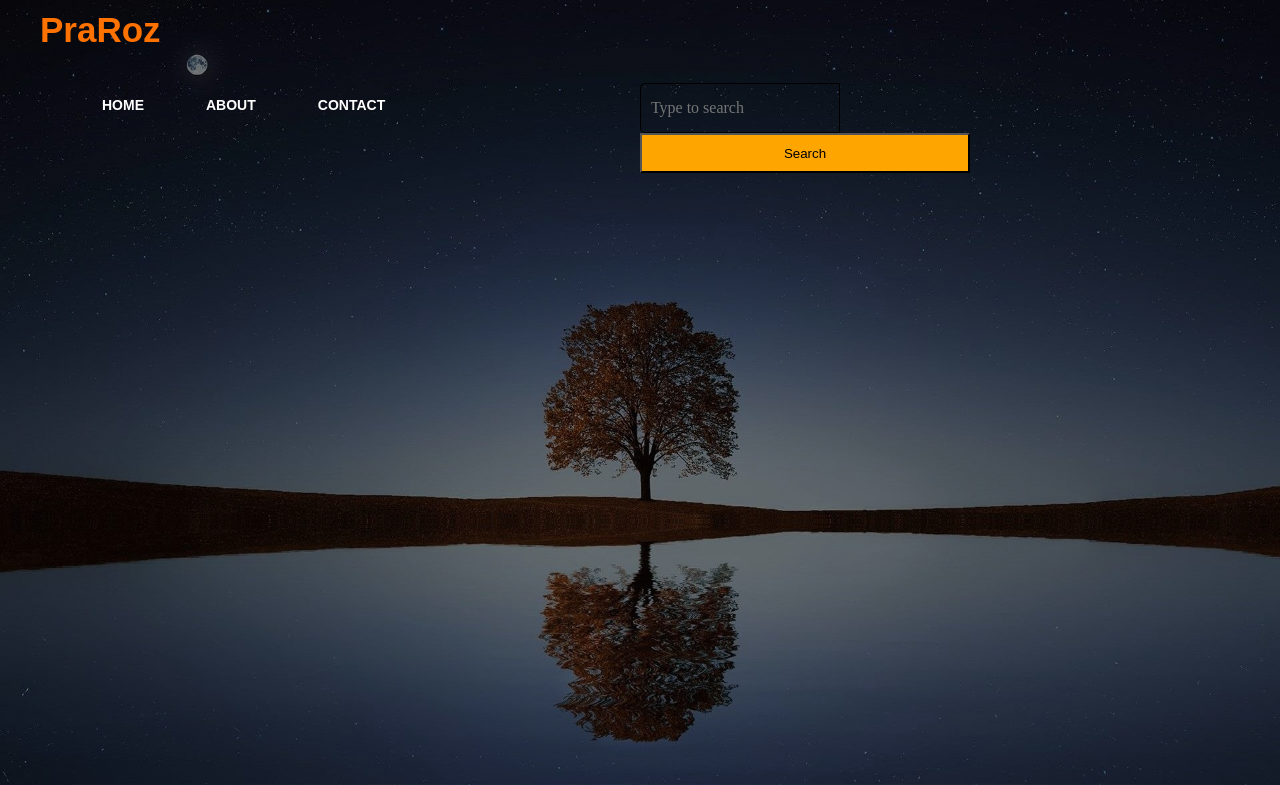
Repository: Cedrqmwesigwa/web-design-course
Page: index.html
These files come from the project's save history. The page is drawn as it stood at one moment and after a run of saves; the edit follows.
The browser window is 1280 px wide. The pictures show the whole page.

Above is the page before, as saved 2024-04-03 20:03:01.

### index.html
<!DOCTYPE html>
<html lang="en">
<head>
    <title>My Website</title>
    <link rel="stylesheet" href="style.css"/>
</head>
<body>
    <div class="main">
        <div class="navbar">
            <div class="icon">
                <h2 class="logo">PraRoz</h2>
            </div>
            <div class="menu">
                <ul>
                    <li><a href="#">HOME</a></li>
                    <li><a href="#">ABOUT</a></li>
                    <li><a href="#">CONTACT</a></li>
                </ul>
            </div>
            <div class="search">
                <input type="search" class="srch" name="" placeholder="Type to search">
                <a href="#"><button class="btn">Search</button></a>
            </i></div>
        </div>
    </div>


</body>
</html>

### style.css
*{
    margin: 0;
    padding: 0;
}

.main{
    width: 100% ;
    background: linear-gradient(to top, rgba(0,0,0,0.5)50%, rgba(0, 0, 0, 0.5)50%), url(1.jpg);
    background-position: center;
    background-size: cover;
    height: 109vh;
}

.navbar{
    width: 1200px;
    height: 75px;
    margin:  auto;
}

.icon{
    width: 200px;
    font: left;
    height: 70px;
}

.logo {
    color: #ff7200;
    font-size: 35px;
    font-family: Arial;
    float: left;
    padding-top: 10px;
}

.menu{
    width: 400px;
    float: left;
    height: 70px;
}

ul{
    float: left;
    display: flex;
    justify-content: center;
    align-items: center;
}

ul li{
    list-style: none;
    margin-left: 62px;
    margin-top: 27px;
    font-size: 14px;
}

ul li a{
    text-decoration: none;
    color: white;
    font-family: Arial;
    font-weight: bold;
    transition: .4 ease-in-out;
}

ul li a:hover{
    color:#ff7200
}

.search{
    width: 330px;
    float: left;
    margin-left: 200px;
}

.srch{
    font-family: "Times New Roman";
    width: 200px;
    height: 50px;
    padding: 3%;
    background: transparent;
    border-top: 5px;
    border-bottom-left-radius: 5px;
    border-top-left-radius: 5px;
    font-size: 16px;
    color: white;
    margin-top:13px;
    border: 1px solid  #000;
}

.btn{
    width:100%;
    height: 40px;
    background: orange;

}

After the next 2 saves:
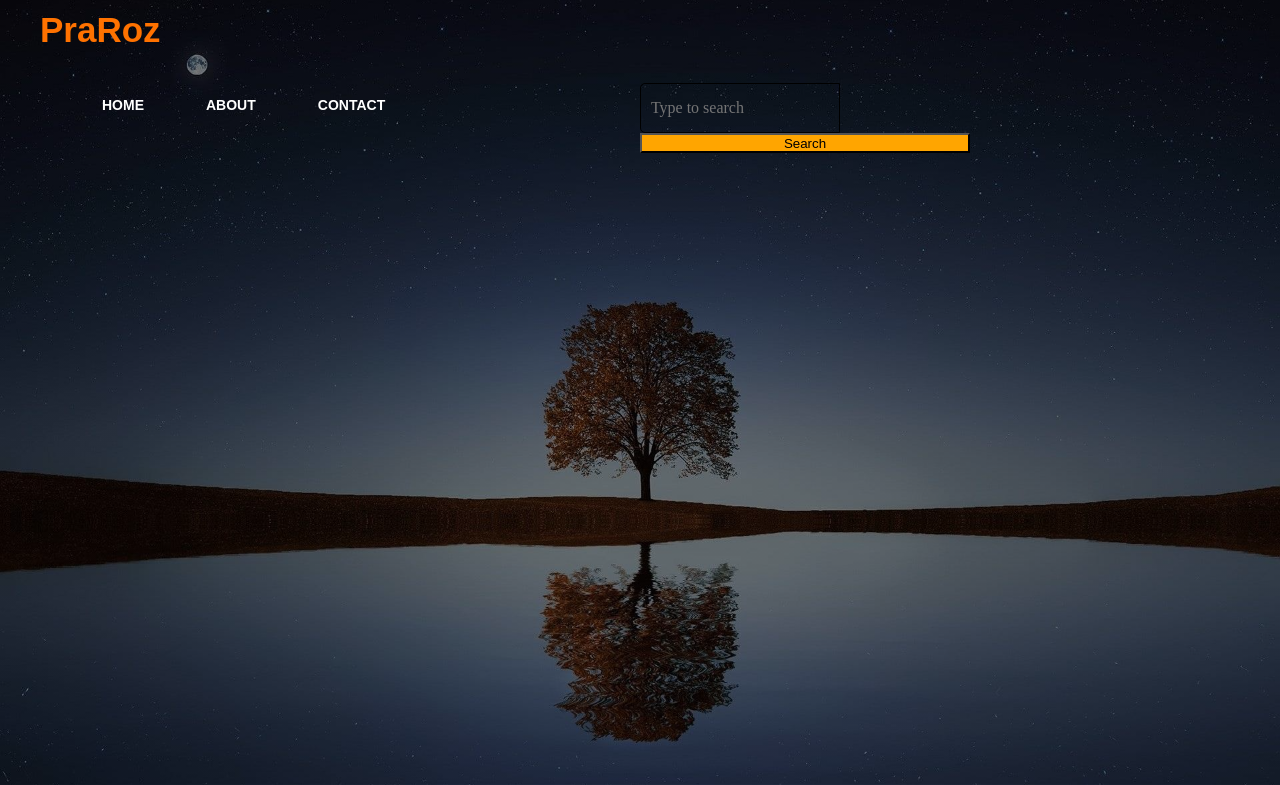
The 2 saves are shown as one change because they came seconds apart.
The last was saved 20 s later.
--- a/style.css
+++ b/style.css
@@ -86,7 +86,7 @@ ul li a:hover{
 
 .btn{
     width:100%;
-    height: 40px;
+    height: 20px;
     background: orange;
 
 }
